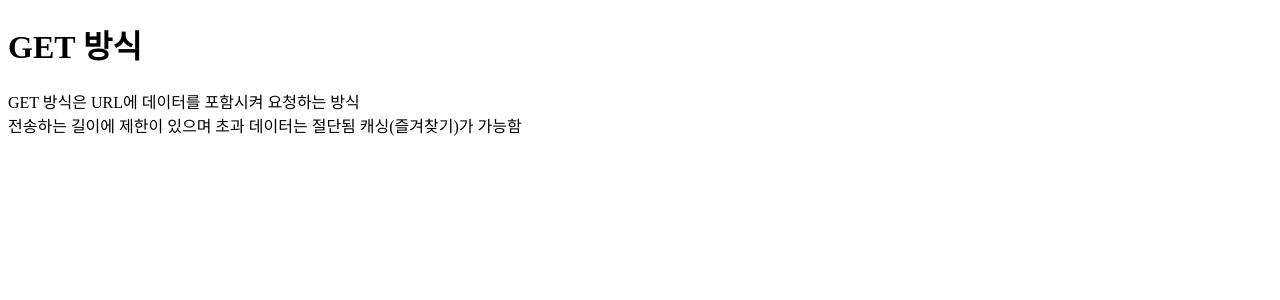
Repository: chuhj1226/servlet
Page: workspace/1_Servlet/WebContent/views/testServlet1.html
These files come from the project's save history. The page is drawn as it stood at one moment and after the next save; the edit follows.
The browser window is 1280 px wide. The pictures show the whole page.

Above is the page before, as saved 2021-10-04 09:19:04.

After the next save:
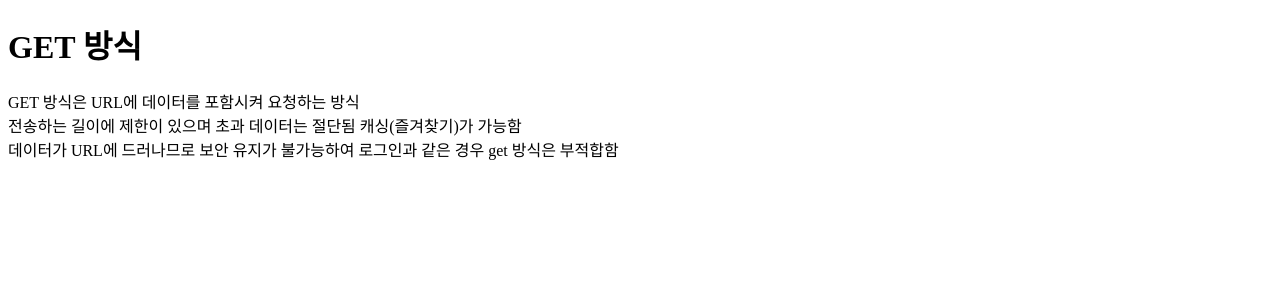
Saved 62 s later.
--- a/workspace/1_Servlet/WebContent/views/testServlet1.html
+++ b/workspace/1_Servlet/WebContent/views/testServlet1.html
@@ -10,6 +10,7 @@
 		GET 방식은 URL에 데이터를 포함시켜 요청하는 방식<br>
 		전송하는 길이에 제한이 있으며 초과 데이터는 절단됨
 		캐싱(즐겨찾기)가 가능함<br>
+		데이터가 URL에 드러나므로 보안 유지가 불가능하여 로그인과 같은 경우 get 방식은 부적합함
 	</p>
 
 </body>
